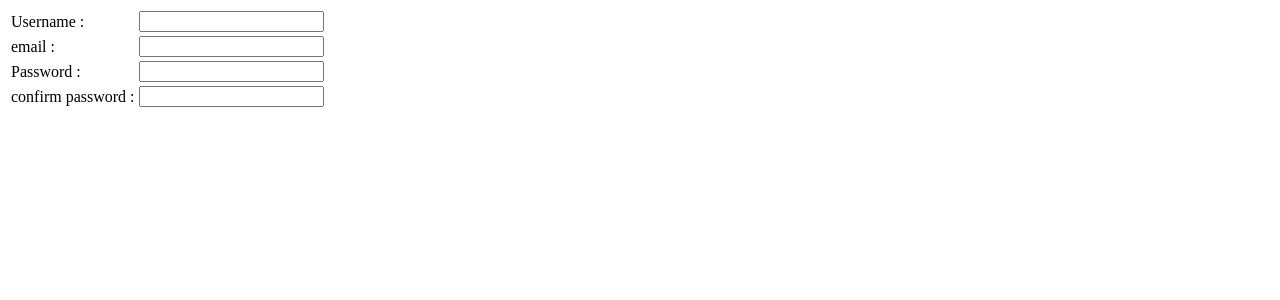
Repository: betardev/SocialProj
Page: http://localhost/SocialProjCustomers/CustomerRegistration/RegistrationForm.jsp
An editor plug-in stored every save of this project. The page is shown before and after the next save, followed by the edit.
The browser window is 1280 px wide. The pictures show the whole page.
The page is served by Tomcat 9.

Above is the page before, as saved 2017-06-12 15:08:21.

After the next save:
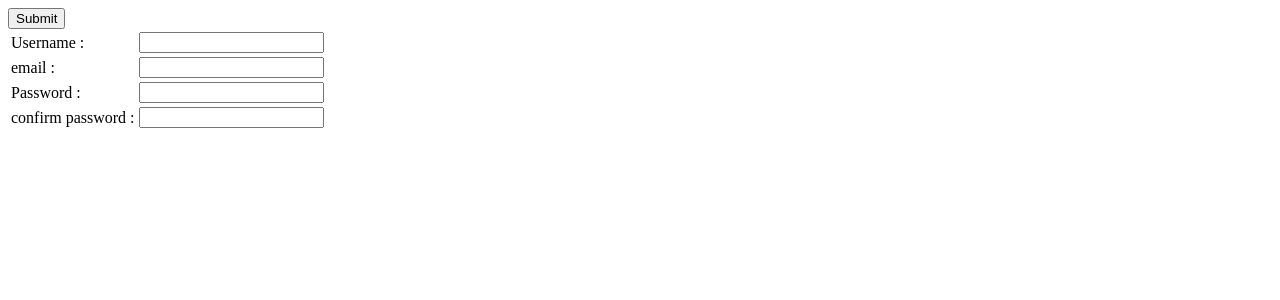
Saved 2 min 6 s later.
--- a/SocialProjCustomers/WebContent/CustomerRegistration/RegistrationForm.jsp
+++ b/SocialProjCustomers/WebContent/CustomerRegistration/RegistrationForm.jsp
@@ -26,6 +26,9 @@
    <td> confirm password :  </td>
    <td> <input type = "password" name = "cnfpassword"/>  </td>
   </tr>
+  <tr>
+   <input type = "submit"/>
+  </tr>
  </table>
 </form>
 
